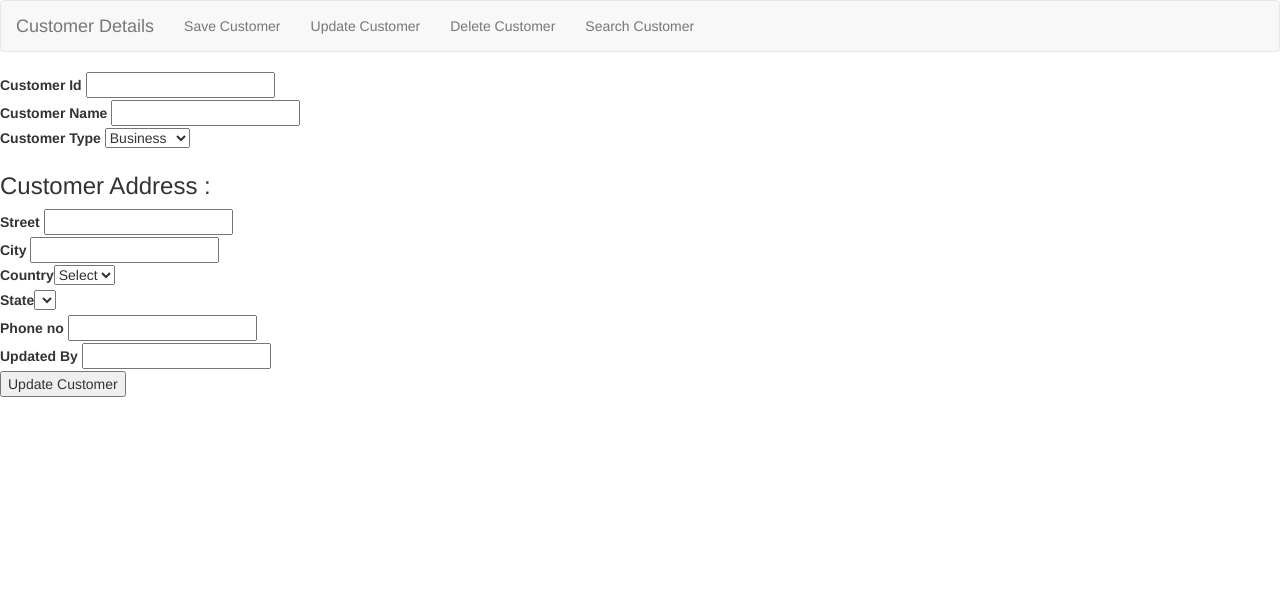
Repository: bharathsanga/AssignmentCustomer
Page: http://localhost/bms/updateCustomer.jsp
These files come from the project's save history. The page is drawn as it stood at one moment and after the next save; the edit follows.
The browser window is 1280 px wide. The pictures show the whole page.
The page is served by Tomcat 9. Other server files are loaded and not shown. The template is opened directly, without the code that normally fills it, so the values that code supplies are empty.

Above is the page before, as saved 2021-12-08 11:39:34.

### Assignment1/bms/src/main/webapp/updateCustomer.jsp
<%@ page language="java" contentType="text/html; charset=ISO-8859-1"
	pageEncoding="ISO-8859-1"%>
<%@ taglib uri="http://java.sun.com/jsp/jstl/core" prefix="c"%>
<%@ page isELIgnored="false"%>
<!DOCTYPE html>
<html>
<head>
<meta charset="ISO-8859-1">
<title>Insert title here</title>
<script>
function populate(s1,s2){
	var s1 = document.getElementById(s1);
	var s2 = document.getElementById(s2);
	s2.innerHTML = "";


	if(s1.value == "India"){

		var optionArray =[
			<c:forEach items="${indiaList}" var="state" varStatus="status">
		    '${ state. name}'
		    <c:if test="${!status.last}">
		      ,
		    </c:if>
		    </c:forEach>
		];
	}
	else if(s1.value == "Australia"){
		var optionArray =[
			<c:forEach items="${australiaList}" var="state" varStatus="status">
		    '${ state. name}'
		    <c:if test="${!status.last}">
		      ,
		    </c:if>
		    </c:forEach>
		];

	}

	for(var option in optionArray){
		var pair = optionArray[option];
		var newOption = document.createElement("option");
		newOption.value = pair;
		newOption.innerHTML = pair;
		s2.options.add(newOption);
	}
}
</script>
<meta name="viewport" content="width=device-width, initial-scale=1">
<link rel="stylesheet"
	href="https://maxcdn.bootstrapcdn.com/bootstrap/3.4.1/css/bootstrap.min.css">
<script
	src="https://ajax.googleapis.com/ajax/libs/jquery/3.5.1/jquery.min.js"></script>
<script
	src="https://maxcdn.bootstrapcdn.com/bootstrap/3.4.1/js/bootstrap.min.js"></script>
</head>
<body>
<nav class="navbar navbar-default">
		<div class="container-fluid">
			<div class="navbar-header">
				<a class="navbar-brand">Customer Details</a>
			</div>
			<ul class="nav navbar-nav">

				<li><a href="save">Save Customer</a></li>
				<li><a href="update">Update Customer</a></li>
				<li><a href="delete">Delete Customer</a></li>
				<li><a href="search">Search Customer</a></li>
			</ul>
		</div>
	</nav>

	<form action="update" method="post">
	<div>
	<label>Customer Id</label>
	<input type="text" name="cid">
	</div>
		<div>
			<label>Customer Name </label>
			<input type="text" name="name">
		</div>

		<div>
			<label for="type">Customer Type</label> <select name="type" id="type">
				<option value="business">Business</option>
				<option value="startup">Startup</option>
				<option value="employee">Employee</option>
				<option value="marketing">Marketing</option>
			</select>
		</div>
		<h3>Customer Address :</h3>
		<div>
			<label>Street</label> <input type="text" name="street">
		</div>

		<div>
			<label>City</label> <input type="text" name="city">
		</div>

		<div>
			<label for="country">Country</label><select id="country" name="country" class="company"
						onchange="populate(this.id,'state')">
						<option>Select</option>

						<c:forEach var="listValue" items="${countryList}">

							<option>${listValue.name}</option>

							<br>
						</c:forEach>


					</select>
		</div>

		<div>
			<label for="state">State</label><select id="state" name="state" >



					</select>
		</div>

		<div>
			<label>Phone no</label> <input type="number" name="phone">
		</div>
		<div>
			<label>Updated By</label> <input type="text" name="updatedby">
		</div>
		<div>
			<button type="submit">Update Customer</button>
		</div>

	</form>
</body>
</html>

After the next save:
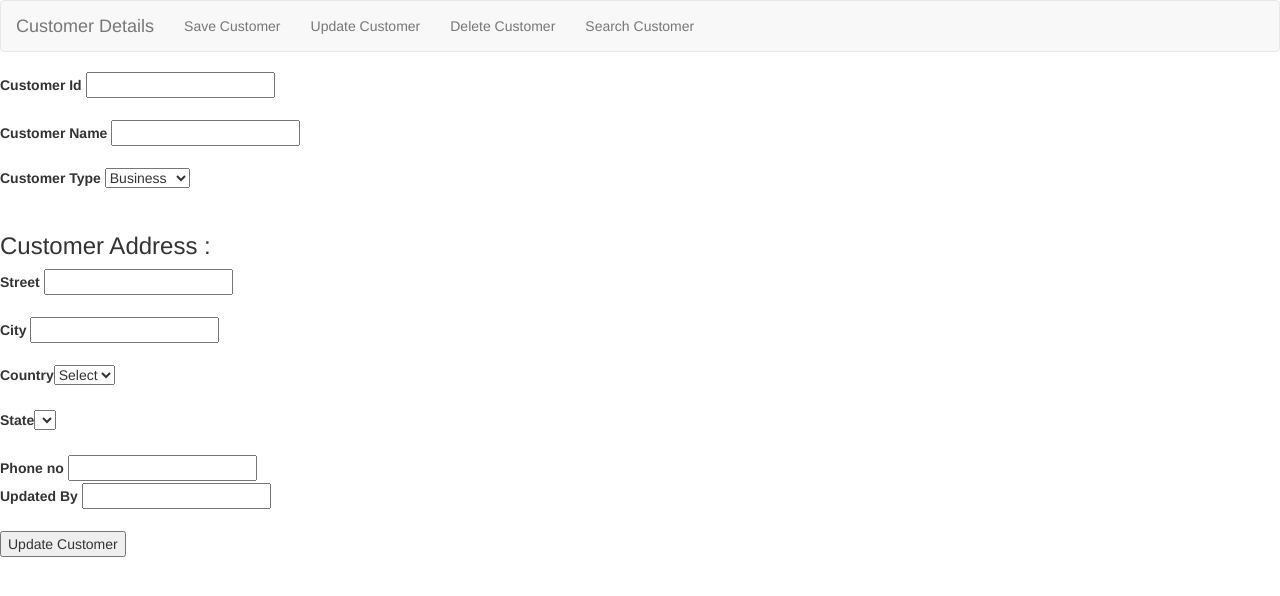
Saved 5 min 44 s later.
--- a/Assignment1/bms/src/main/webapp/updateCustomer.jsp
+++ b/Assignment1/bms/src/main/webapp/updateCustomer.jsp
@@ -72,33 +72,33 @@ function populate(s1,s2){
 
 	<form action="update" method="post">
 	<div>
-	<label>Customer Id</label>
+	<label>Customer Id   </label>
 	<input type="text" name="cid">
-	</div>
+	</div><br>
 		<div>
 			<label>Customer Name </label>
 			<input type="text" name="name">
-		</div>
+		</div><br>
 
 		<div>
-			<label for="type">Customer Type</label> <select name="type" id="type">
+			<label for="type">Customer Type </label> <select name="type" id="type">
 				<option value="business">Business</option>
 				<option value="startup">Startup</option>
 				<option value="employee">Employee</option>
 				<option value="marketing">Marketing</option>
 			</select>
-		</div>
+		</div><br>
 		<h3>Customer Address :</h3>
 		<div>
-			<label>Street</label> <input type="text" name="street">
-		</div>
+			<label>Street        </label> <input type="text" name="street">
+		</div><br>
 
 		<div>
-			<label>City</label> <input type="text" name="city">
-		</div>
+			<label>City          </label> <input type="text" name="city">
+		</div><br>
 
 		<div>
-			<label for="country">Country</label><select id="country" name="country" class="company"
+			<label for="country">Country       </label><select id="country" name="country" class="company"
 						onchange="populate(this.id,'state')">
 						<option>Select</option>
 
@@ -111,25 +111,25 @@ function populate(s1,s2){
 
 
 					</select>
-		</div>
+		</div><br>
 
 		<div>
-			<label for="state">State</label><select id="state" name="state" >
+			<label for="state">State         </label><select id="state" name="state" >
 
 
 
 					</select>
-		</div>
+		</div><br>
 
 		<div>
-			<label>Phone no</label> <input type="number" name="phone">
+			<label>Phone no      </label> <input type="number" name="phone">
 		</div>
 		<div>
-			<label>Updated By</label> <input type="text" name="updatedby">
-		</div>
+			<label>Updated By    </label> <input type="text" name="updatedby">
+		</div><br>
 		<div>
 			<button type="submit">Update Customer</button>
-		</div>
+		</div><br>
 
 	</form>
 </body>
